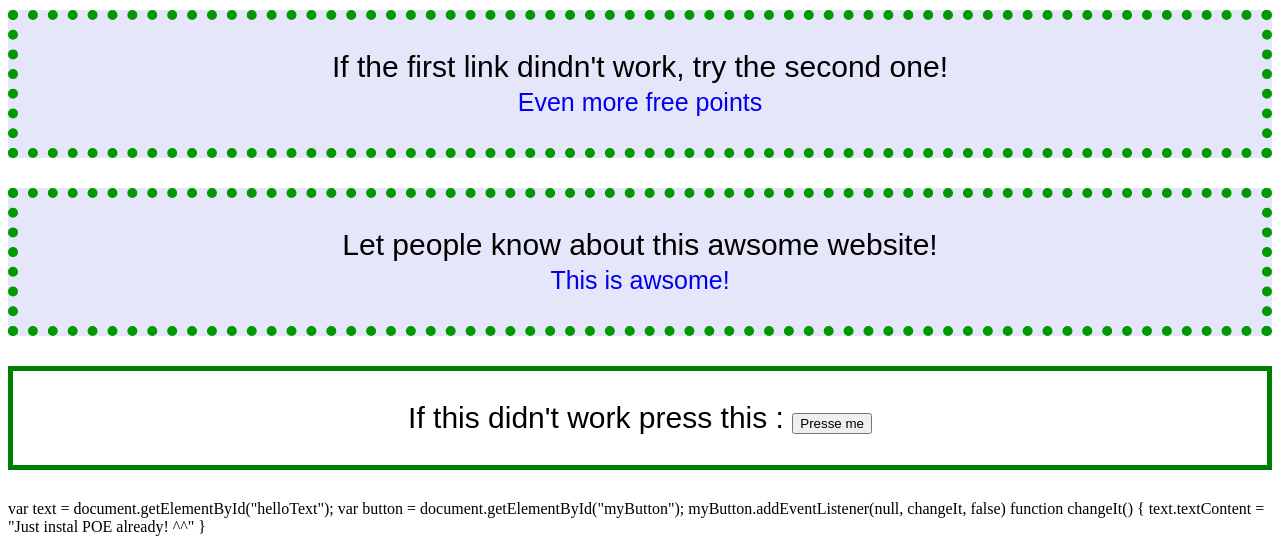
Repository: CountryFalls/POEfansite
Page: index.html
The author's editor kept a record of every edit. The page is drawn from the files as they stood at one moment, then again after the next edit.
The browser window is 1280 px wide. The pictures show the part of the page from y = 558 to 1102 px (the page is 1102 px tall before and 1058 px after).
A picture or video elsewhere on the page could not be fetched, so the positions and the page height are approximate.

Above is the page before.

After the next edit:
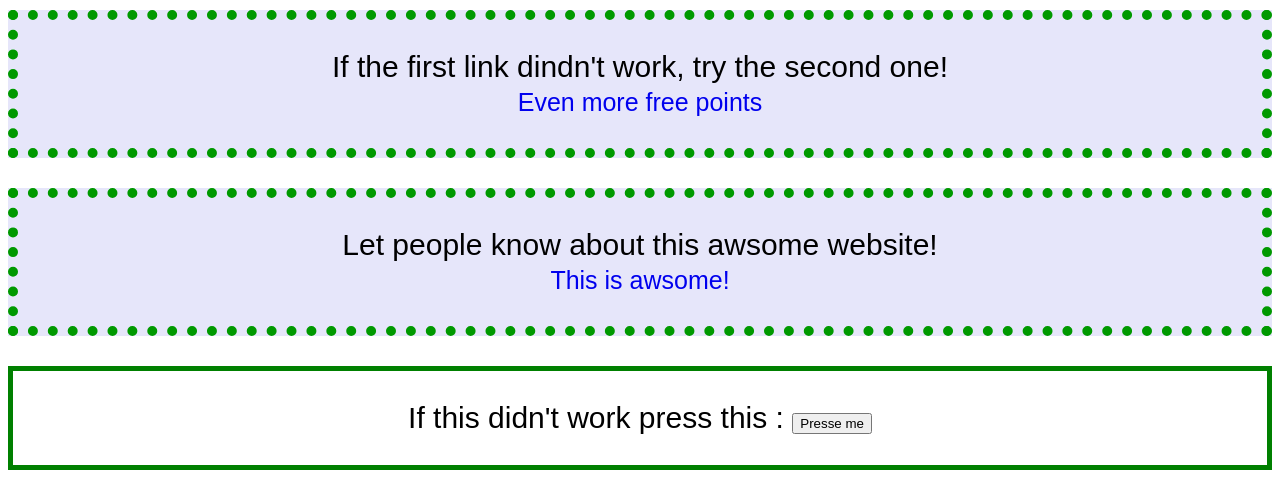
The edit:
--- a/index.html
+++ b/index.html
@@ -67,7 +67,7 @@
         <p id="helloText">If this didn't work press this : <button id="myButton">Presse me</button></p>
 
     </div>
-    <scrip>
+    <script>
         var text = document.getElementById("helloText");
         var button = document.getElementById("myButton");
 
